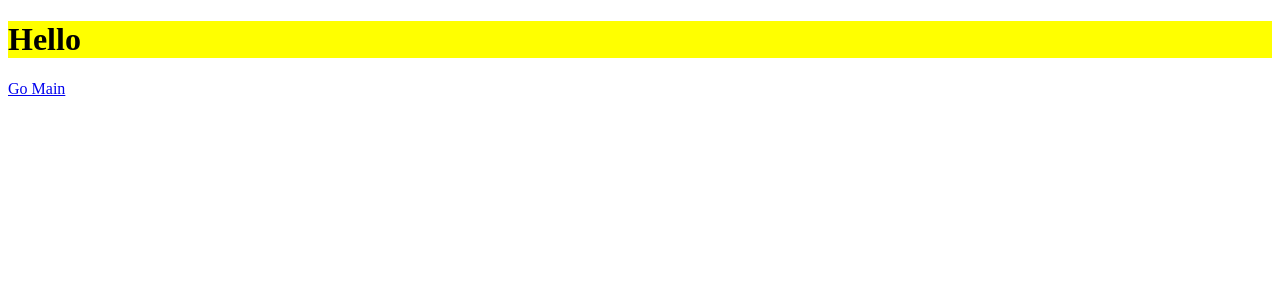
Repository: ByeonYJ/CSSTest
Page: GMSUI/WebContent/member/member.html
These files come from the project's save history. The page is drawn as it stood at one moment and after the next save; the edit follows.
The browser window is 1280 px wide. The pictures show the whole page.

Above is the page before, as saved 2017-07-20 06:47:52.

After the next save:
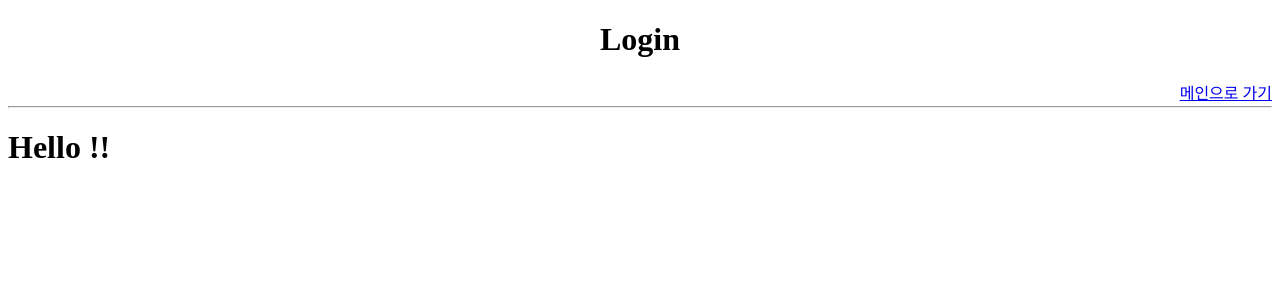
Saved 100 s later.
--- a/GMSUI/WebContent/member/member.html
+++ b/GMSUI/WebContent/member/member.html
@@ -2,15 +2,14 @@
 <html>
 <head>
 <meta charset="UTF-8">
-<title>Insert title here</title>
-<style>
-@IMPORT url("css/common.css");
-</style>
+<title>Member MyPage</title>
+<link rel="stylesheet" href="../css/member.css" />
 </head>
 <body>
-   <h1 style="background: yellow">Hello</h1>
-   <a href="../index.html">Go Main</a>
-   <br />
-
-</body>
+<div id="wrapper">
+<h1 id="title">Login</h1>
+<a id="go_main" href="..index.html">메인으로 가기</a><br/>
+<hr/>
+	<h1>Hello !!</h1>
+	<a href=".."></a>
 </html>
